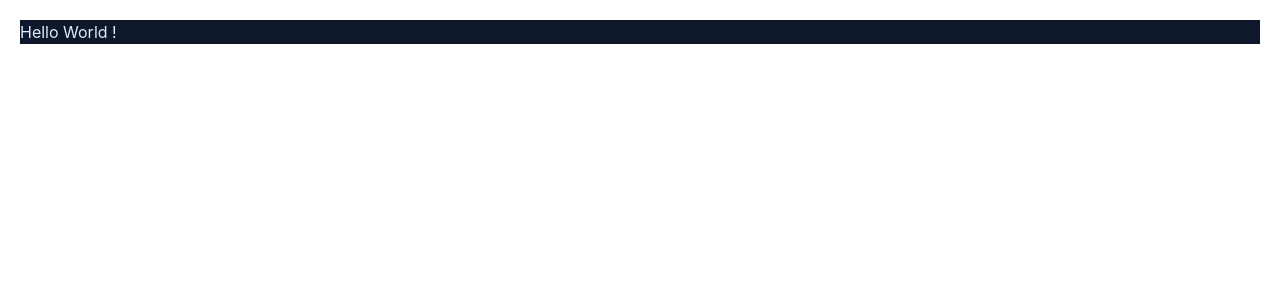
Repository: wogml3270/react-test-server
Page: /
These files come from the project's save history. The page is drawn as it stood at one moment and after the next save; the edit follows.
The browser window is 1280 px wide. The pictures show the whole page.
The project was rebuilt for these pictures with package versions that can differ from the ones it lists, and the page was loaded fresh each time. Also part of the build but not shown: src/App.css.

Above is the page before, as saved 2022-08-04 20:18:33.

### src/index.js
import React from 'react';
import ReactDOM from 'react-dom/client';
import './index.css';
import App from './App';
import reportWebVitals from './reportWebVitals';
import './tailwind.css';

const root = ReactDOM.createRoot(document.getElementById('root'));
root.render(
  <React.StrictMode>
    <App />
  </React.StrictMode>
);

// If you want to start measuring performance in your app, pass a function
// to log results (for example: reportWebVitals(console.log))
// or send to an analytics endpoint. Learn more: https://bit.ly/CRA-vitals
reportWebVitals();

### src/App.js

import './App.css';

function App() {
  return (
    <>
      <div className="">
        <h1 className="text-blue-100 m-5 bg-slate-900">Hello World !</h1>
      </div>
    </>
  );
}

export default App;

### src/tailwind.css
/* src/tailwind.css */

@tailwind base;
@tailwind components;
@tailwind utilities;

### tailwind.config.js
// tailwindcss.config.js

module.exports = {
    content: ['./src/**/*.{js,jsx,ts,tsx}', './public/index.html'],
    theme: {
        extend: {},
    },
    plugins: [],
};

Loaded but not shown: public/index.html (common file); src/index.css (common file); src/reportWebVitals.js (common file)

After the next save:
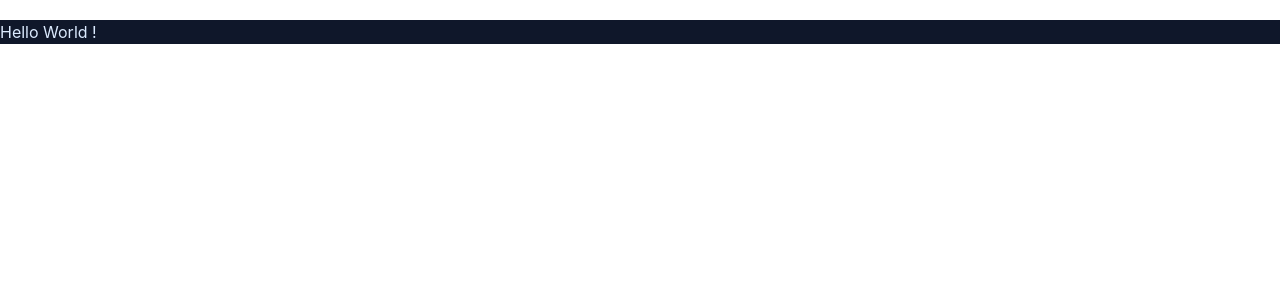
Saved 6 s later.
--- a/src/App.js
+++ b/src/App.js
@@ -5,7 +5,7 @@ function App() {
   return (
     <>
       <div className="">
-        <h1 className="text-blue-100 m-5 bg-slate-900">Hello World !</h1>
+        <h1 className="text-blue-100 mt-5 bg-slate-900">Hello World !</h1>
       </div>
     </>
   );
